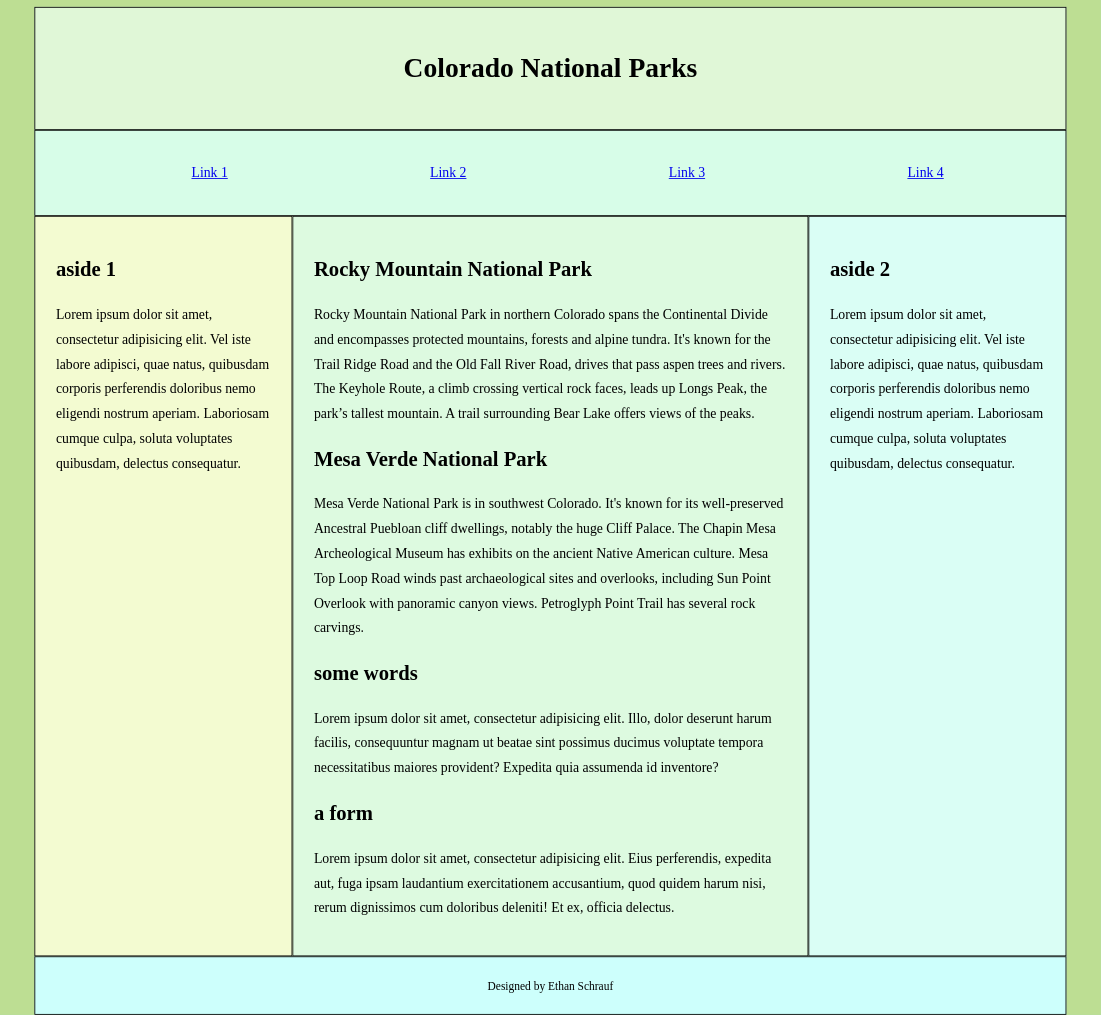
Repository: ethan-schrauf/UniversalDesignWebsite
Page: lab4.html
An editor plug-in stored every save of this project. The page is shown before and after the next save, followed by the edit.
The browser window is 1280 px wide. The pictures show the whole page, at 86% of full size.

Above is the page before, as saved 2023-10-24 21:36:23.

After the next save:
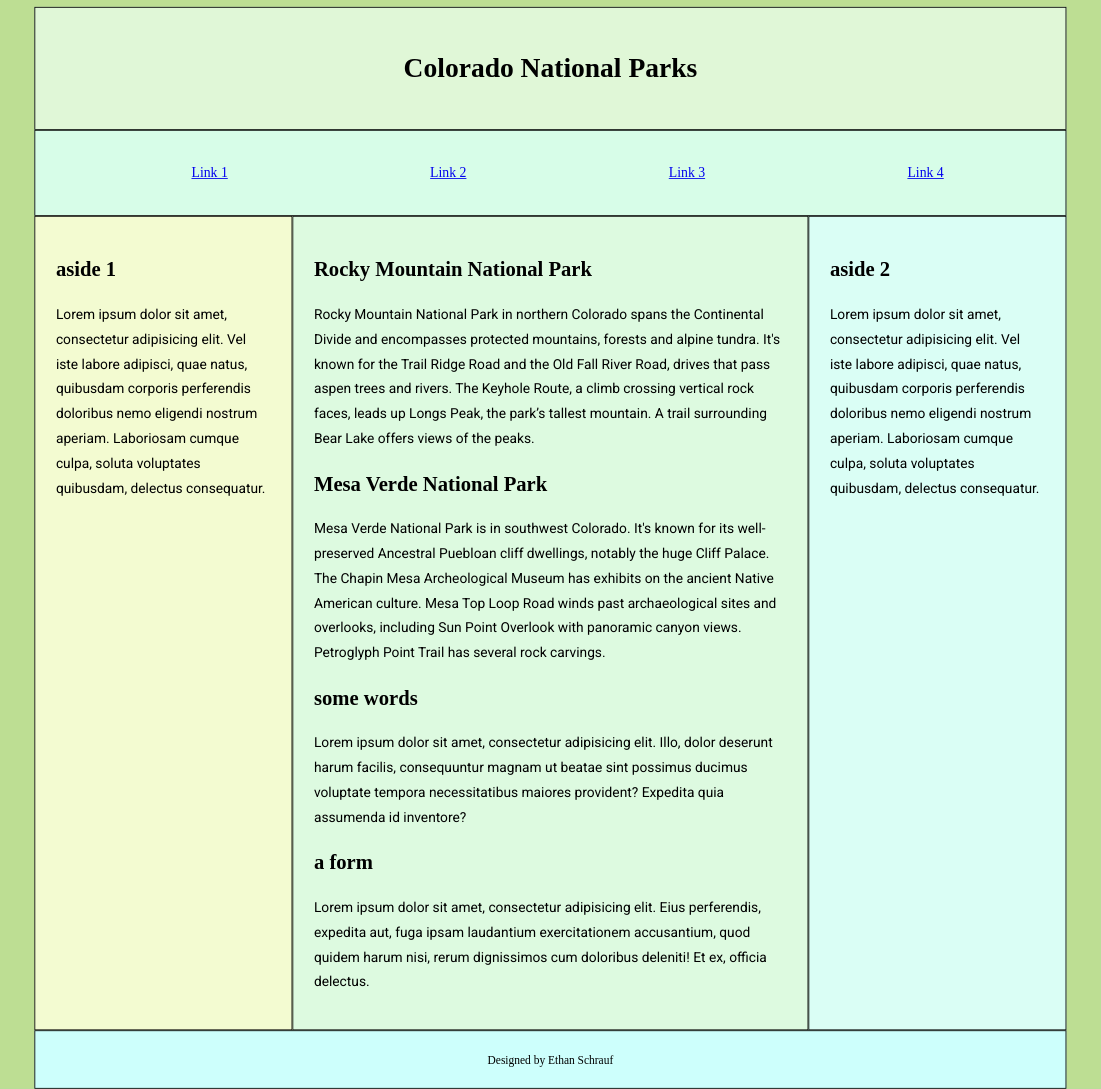
Saved 89 s later.
--- a/lab4.css
+++ b/lab4.css
@@ -1,3 +1,5 @@
+@import url('https://fonts.googleapis.com/css2?family=Roboto&display=swap');
+
 body {
     background: rgb(189, 222, 147);
 }
@@ -111,3 +113,7 @@ nav ul {
 
     }
     }
+
+    p {
+        font-family: 'Roboto', sans-serif;
+    }
